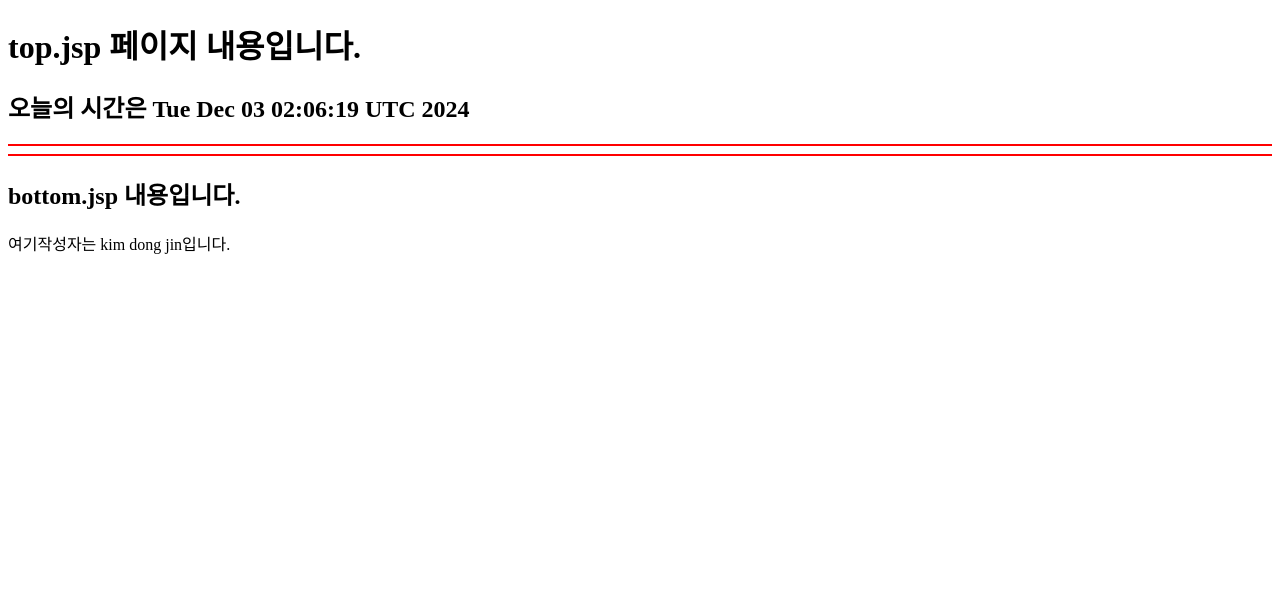
Repository: kdongjin/jspStudy
Page: http://localhost/jspStudy/directive/include_top_bottom.jsp
These files come from the project's save history. The page is drawn as it stood at one moment and after the next save; the edit follows.
The browser window is 1280 px wide. The pictures show the whole page.
The page is served by Tomcat 9. Nobody is signed in. The application's start-up code is not run.

Above is the page before, as saved 2024-12-06 07:10:29.

After the next save:
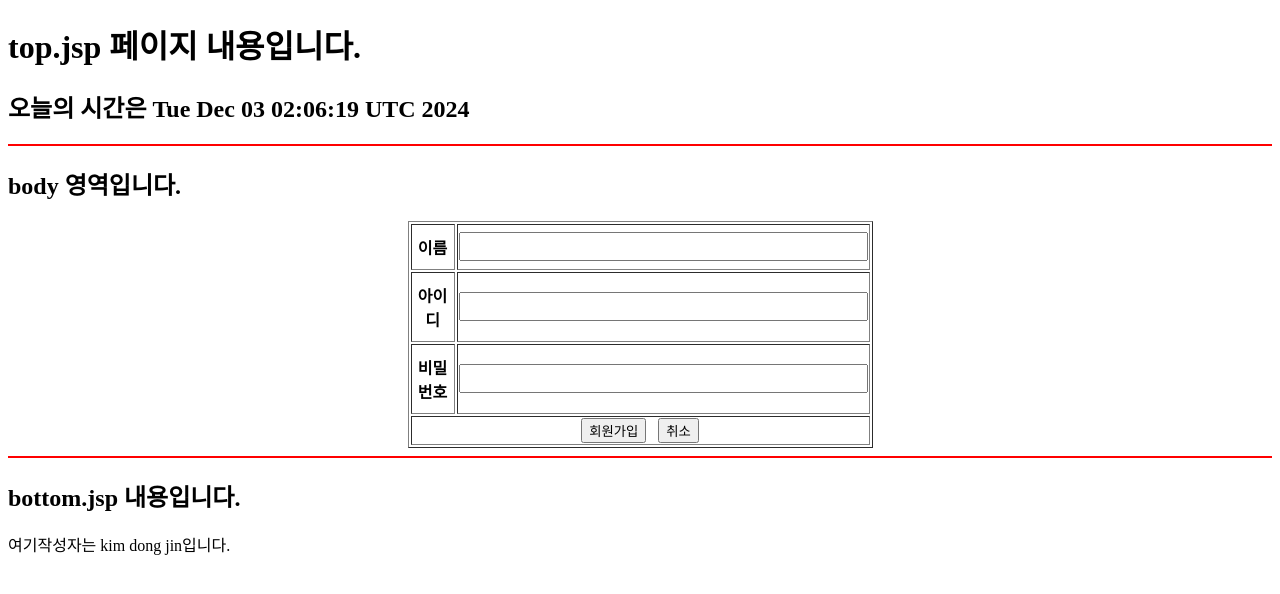
Saved 2 min 39 s later.
--- a/jspStudy/src/main/webapp/directive/include_top_bottom.jsp
+++ b/jspStudy/src/main/webapp/directive/include_top_bottom.jsp
@@ -1,9 +1,34 @@
 <%@ page contentType="text/html; charset=UTF-8"%>
 
-<%@ include file="top.jsp" %>
+<!-- 헤더영역 -->
+<%@ include file="top.jsp"%>
 <%
-	//지역변수
-	String name = "kim dong jin";
+//지역변수
+String name = "kim dong jin";
 %>
-
-<%@ include file="bottom.jsp" %>
+<!-- 바디영역 -->
+<h2>body 영역입니다.</h2>
+<form method="post" action="/jspStudy/memberInsert.do">
+	<table align="center" width="465" border="1">
+		<tr>
+			<th style="padding: 10px 3px;">이름</th>
+			<td><input type="text" name="name" size="48"
+				style="height: 23px;"></td>
+		</tr>
+		<tr>
+			<th style="padding: 10px 3px;">아이디</th>
+			<td><input type="text" name="id" size="48" style="height: 23px;"></td>
+		</tr>
+		<tr>
+			<th style="padding: 10px 3px;">비밀번호</th>
+			<td><input type="password" name="pwd" size="48"
+				style="height: 23px;"></td>
+		</tr>
+		<tr>
+			<td colspan="2" align="center"><input type="submit" value="회원가입">&nbsp;&nbsp;
+				<input type="reset" value="취소"></td>
+		</tr>
+	</table>
+</form>
+<!-- 푸터영역  -->
+<%@ include file="bottom.jsp"%>
